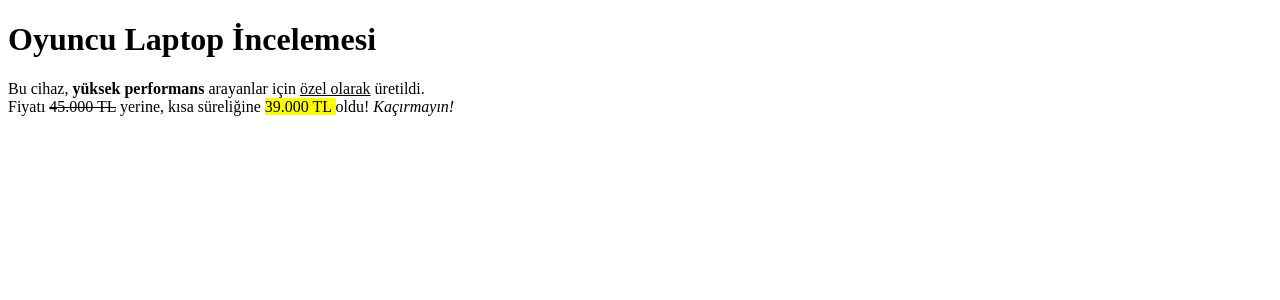
Repository: BeritanBlgn/web-yazilim-muhendisligi
Page: Modul_1/Ders_3/1.3.6_gorev2.html
The author's editor kept a copy of each file at every save. The page is drawn from the files as they stood at one save, then again after the next save.
The browser window is 1280 px wide. The pictures show the whole page.

Above is the page before, as saved 2026-10-09 22:33:26.

### Modul_1/Ders_3/1.3.6_gorev2.html
<!DOCTYPE html>
<html lang="tr">
<head>
    <meta charset="UTF-8">
    <meta name="viewport" content="width=device-width, initial-scale=1.0">
    <title>Document</title>
</head>
<body>
    <h1>
        Oyuncu Laptop İncelemesi
    </h1>
    <p>
        Bu cihaz, <strong>yüksek performans</strong> arayanlar için
        <u>özel olarak</u> üretildi. <br>
        Fiyatı <del>45.000 TL</del> yerine, kısa süreliğine <mark>
            39.000 TL </mark>oldu! <em>Kaçırmayın!</em>
    </p>
    <h2></h2>
</body>
</html>

After the next save:
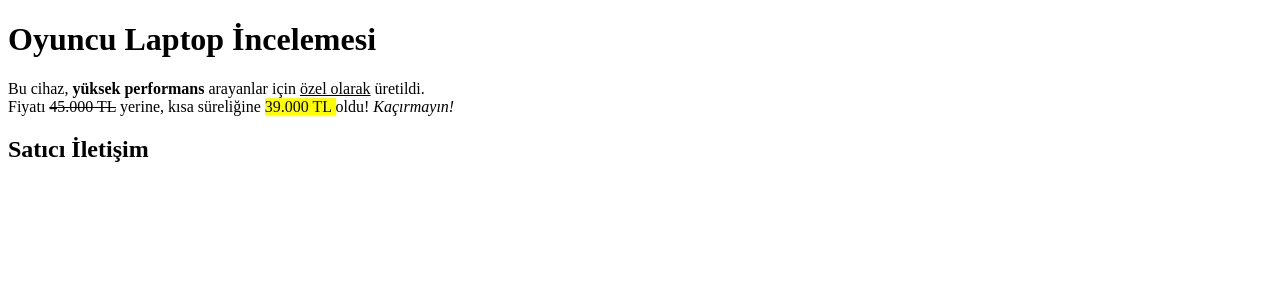
Saved 8 s later.
--- a/Modul_1/Ders_3/1.3.6_gorev2.html
+++ b/Modul_1/Ders_3/1.3.6_gorev2.html
@@ -15,6 +15,6 @@
         Fiyatı <del>45.000 TL</del> yerine, kısa süreliğine <mark>
             39.000 TL </mark>oldu! <em>Kaçırmayın!</em>
     </p>
-    <h2></h2>
+    <h2>Satıcı İletişim</h2>
 </body>
 </html>
